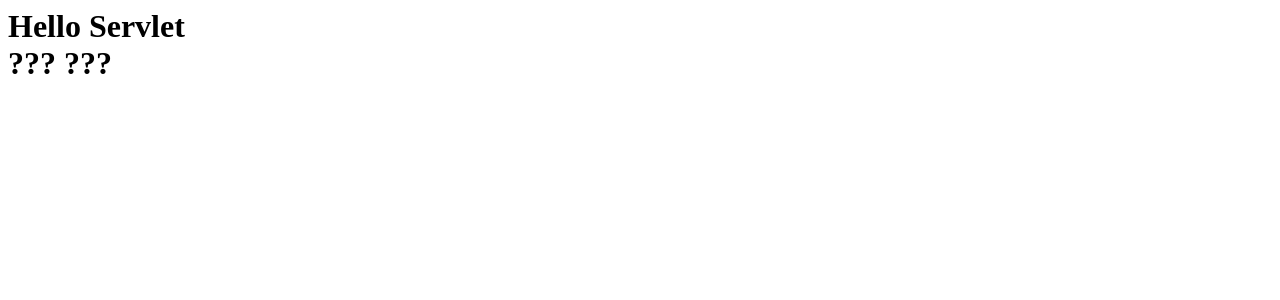
Repository: sinaboro/Jsp_202403
Page: http://localhost/web-study-02/hello
These files come from the project's save history. The page is drawn as it stood at one moment and after the next save; the edit follows.
The browser window is 1280 px wide. The pictures show the whole page.
The page is served by Tomcat 9.

Above is the page before, as saved 2024-02-28 03:08:28.

After the next save:
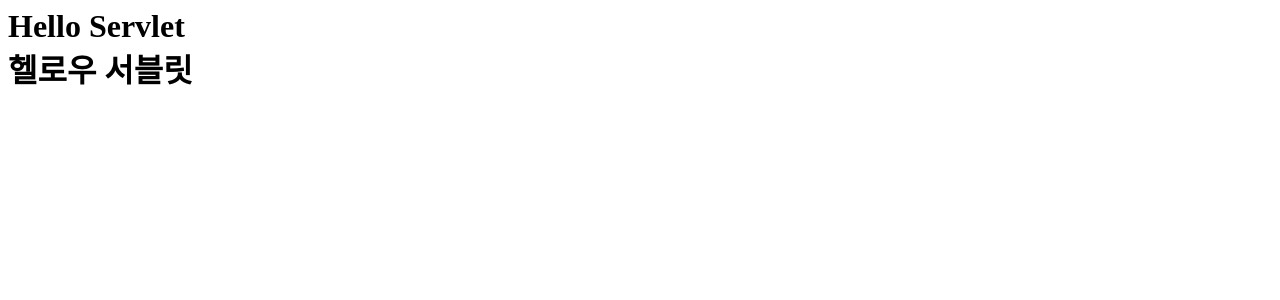
Saved 29 s later.
--- a/web-study-02/src/main/java/unit01/HelloServlet.java
+++ b/web-study-02/src/main/java/unit01/HelloServlet.java
@@ -15,7 +15,7 @@
 
 	protected void doGet(HttpServletRequest request, HttpServletResponse response) throws ServletException, IOException {
 
-		response.setContentType("text/html");
+		response.setContentType("text/html; charset=utf-8");
 //		response.setContentType("text/plain");
 
 		PrintWriter out =  response.getWriter();

After the save that followed:
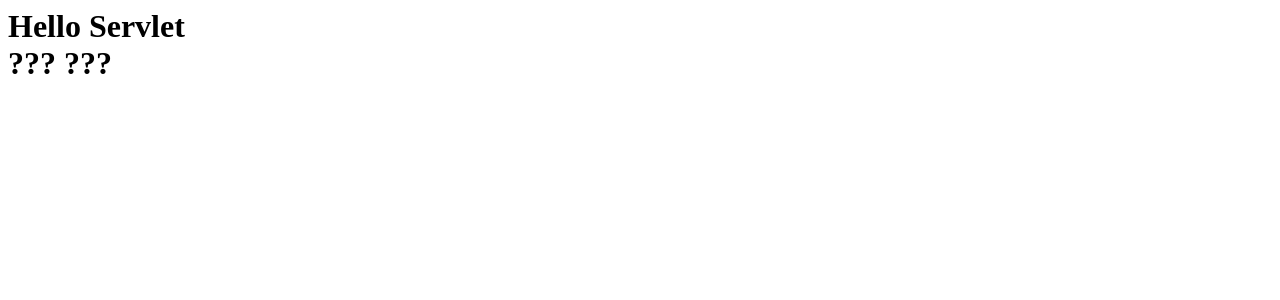
Saved 29 s later.
--- a/web-study-02/src/main/java/unit01/HelloServlet.java
+++ b/web-study-02/src/main/java/unit01/HelloServlet.java
@@ -15,7 +15,7 @@
 
 	protected void doGet(HttpServletRequest request, HttpServletResponse response) throws ServletException, IOException {
 
-		response.setContentType("text/html; charset=utf-8");
+		response.setContentType("charset=utf-8");
 //		response.setContentType("text/plain");
 
 		PrintWriter out =  response.getWriter();
